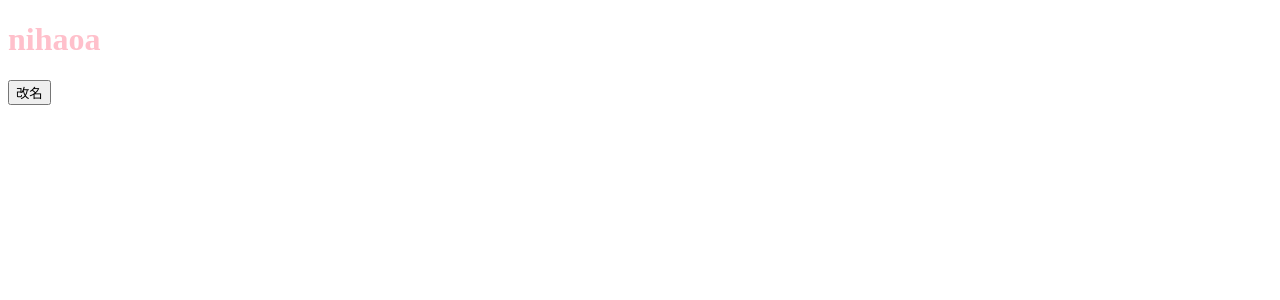
Repository: zgw88/vite-svelte
Page: /
These files come from the project's save history. The page is drawn as it stood at one moment and after the next save; the edit follows.
The browser window is 1280 px wide. The pictures show the whole page.
The project was rebuilt for these pictures with package versions that can differ from the ones it lists, and the page was loaded fresh each time. Also part of the build but not shown: vite.config.js, src/app.css.

Above is the page before, as saved 2022-08-08 16:50:35.

After the next save:
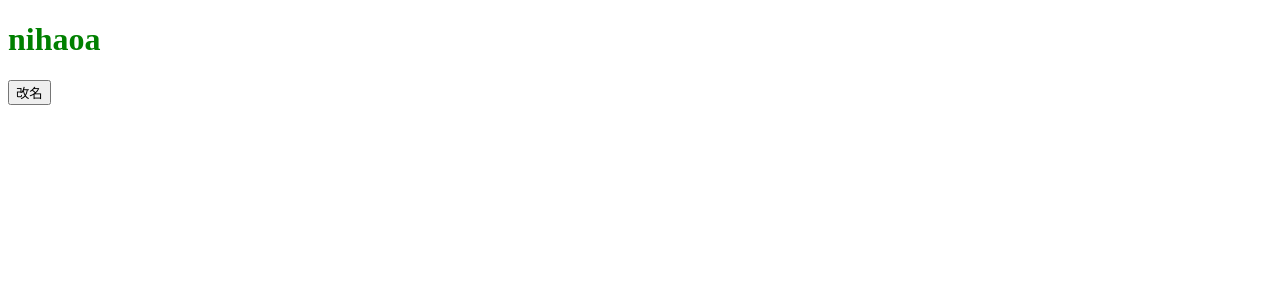
Saved 25 s later.
--- a/src/App.svelte
+++ b/src/App.svelte
@@ -2,7 +2,7 @@
   let name = 'nihaoa'
   let a = 111
   let b = 222
-  let el1 = `<h1 style="color: pink;"> ${name} </h1>`
+  let el1 = `<h1> ${name} </h1>`
   let color = 'pink'
   setTimeout(() =>{
     color = 'green'
